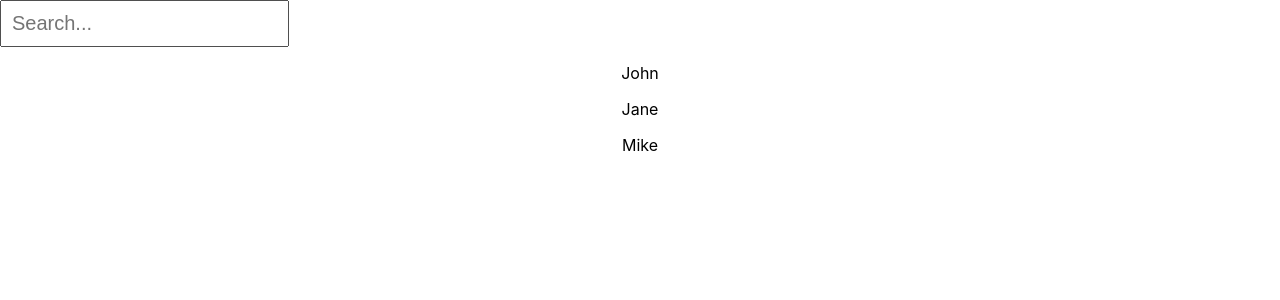
Repository: Omk1/RUStudy
Page: /
An editor plug-in stored every save of this project. The page is shown before and after the next save, followed by the edit.
The browser window is 1280 px wide. The pictures show the whole page.
Some web libraries are served in a nearby version. The project was rebuilt for these pictures with package versions that can differ from the ones it lists, and the page was loaded fresh each time.

Above is the page before, as saved 2023-10-07 21:47:23.

### rustudy/src/index.css
body {
  margin: 0;
  font-family: -apple-system, BlinkMacSystemFont, 'Segoe UI', 'Roboto', 'Oxygen',
    'Ubuntu', 'Cantarell', 'Fira Sans', 'Droid Sans', 'Helvetica Neue',
    sans-serif;
  -webkit-font-smoothing: antialiased;
  -moz-osx-font-smoothing: grayscale;
}

code {
  font-family: source-code-pro, Menlo, Monaco, Consolas, 'Courier New',
    monospace;
}

.create {
  max-width: 400px;
  margin: 0 auto;
  text-align: center;
}
.create label {
  text-align: left;
  display: block;
}
.create h2 {
  font-size: 20px;
  color: #f1356d;
  margin-bottom: 30px;
}
.create input, .create textarea, .create select {
  width: 100%;
  padding: 6px 10px;
  margin: 10px 0;
  border: 1px solid #ddd;
  box-sizing: border-box;
  display: block;
}
.create button {
  background: #f1356d;
  color: #fff;
  border: 0;
  padding: 8px;
  border-radius: 8px;
  cursor: pointer;
}

### src/App.js
import logo from './logo.svg';
import './App.css';

function App() {
  return (
    <div className="App">
      <input type="text" placeholder="Search..." className="search" />
      <ul className="list">John</ul>
      <ul className="list">Jane</ul>
      <ul className="list">Mike</ul>
    </div>
  );
}

export default App;

### src/App.css
.app {
  margin: 50px;
  display: flex;
  flex-direction: column;
  align-items: center;
  width: 900px;
}

.search {
  padding: 10px;
  font-size: 20px;

}

.list {
  padding: 0;
  list-style: none;
  text-align: center;
}

.listItem {
  margin-bottom: 20px;
  font-size: 25px;
  color: #444;
  font-weight: 300;
}

table {
  width: 100%;
  margin: 50px 0px;
  border-spacing: 15px;
  color: #444;
}

tr {
  margin-bottom: 20px;
}

th {
  width: 250px;
  text-align: left;
  font-size: 20px;
}

td {
  width: 250px;
  font-size: 20px;
}

Loaded but not shown: public/index.html (common file); src/index.js (common file); rustudy/src/reportWebVitals.js (common file)

After the next save:
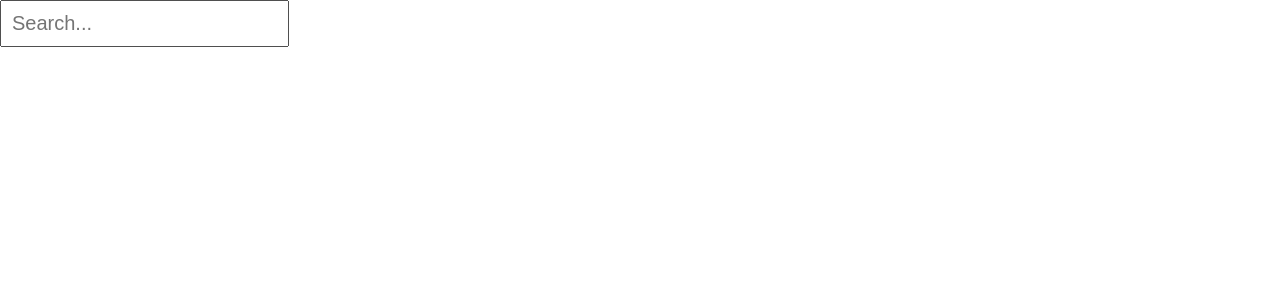
Saved 83 s later.
--- a/src/App.js
+++ b/src/App.js
@@ -5,9 +5,7 @@ function App() {
   return (
     <div className="App">
       <input type="text" placeholder="Search..." className="search" />
-      <ul className="list">John</ul>
-      <ul className="list">Jane</ul>
-      <ul className="list">Mike</ul>
+
     </div>
   );
 }
